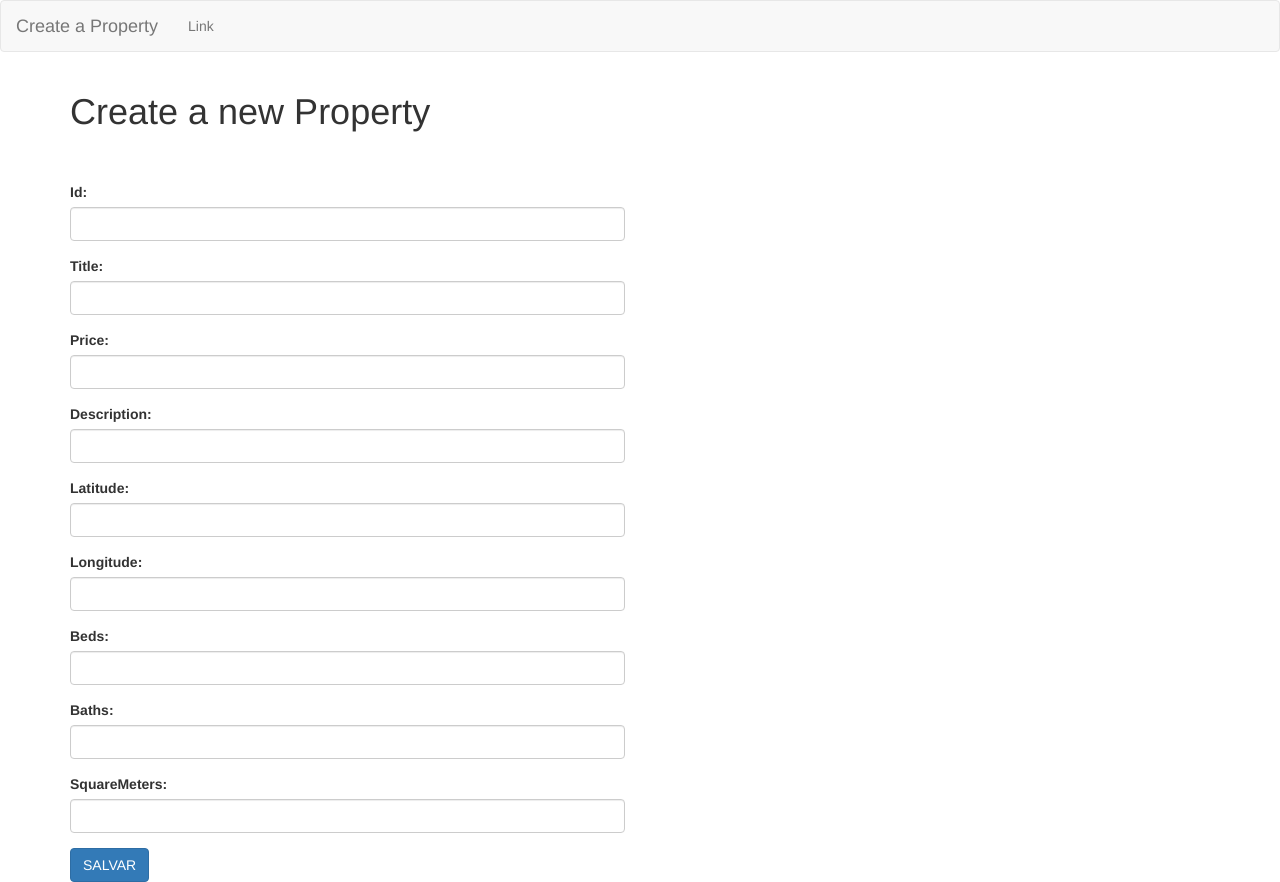
Repository: djoysilva/vivaRealChallenge
Page: http://localhost/vivaReal2.0/createProperty.jsp
An editor plug-in stored every save of this project. The page is shown before and after the next save, followed by the edit.
The browser window is 1280 px wide. The pictures show the whole page.
The page is served by Tomcat 9.

Above is the page before, as saved 2016-11-02 23:19:25.

After the next save:
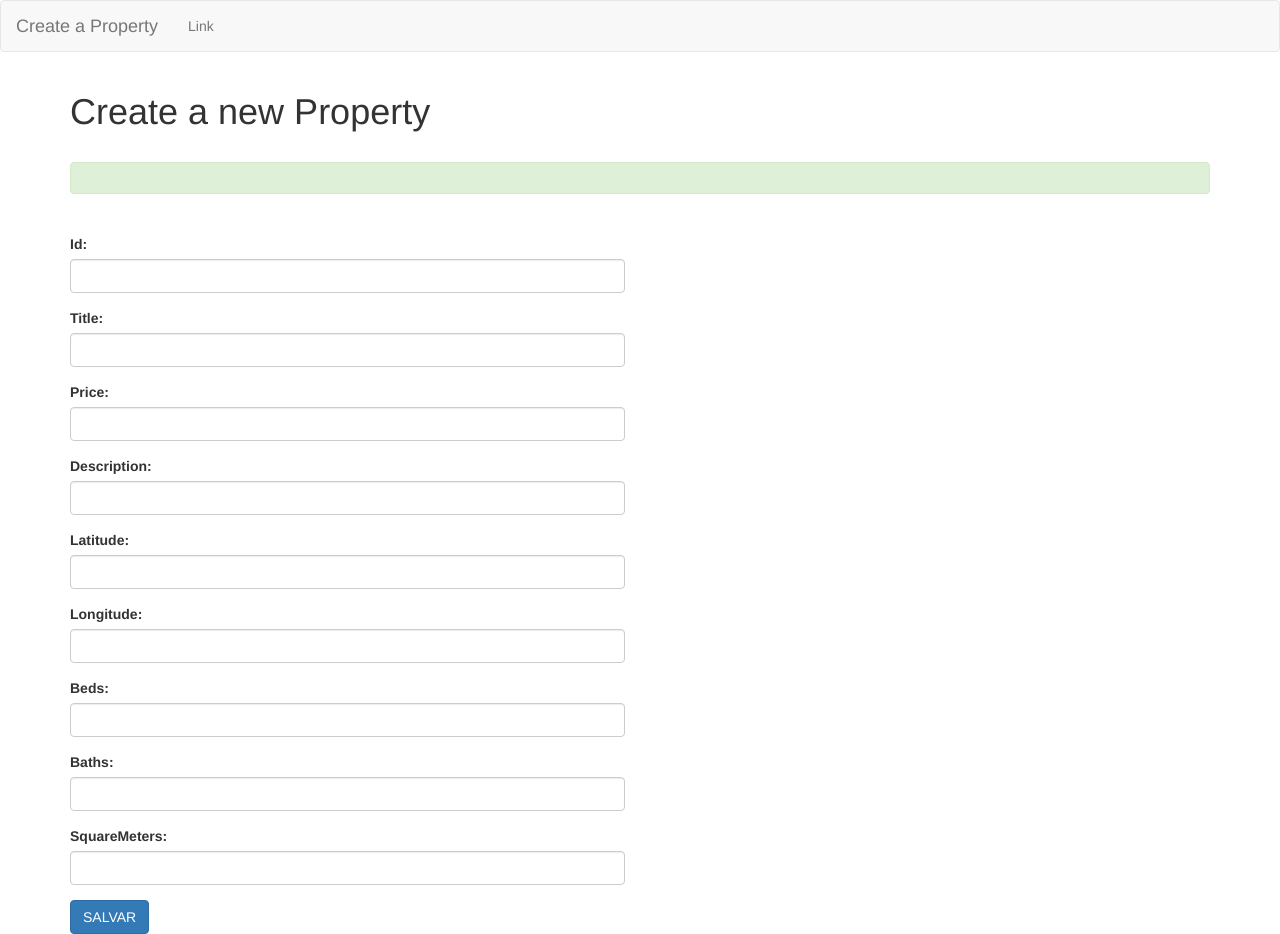
Saved 2 min 21 s later.
--- a/VivaRealWorkSpace/vivaReal2.0/WebContent/createProperty.jsp
+++ b/VivaRealWorkSpace/vivaReal2.0/WebContent/createProperty.jsp
@@ -12,7 +12,9 @@
 	<div class = "container">
 		<h1>Create a new Property</h1>
 		<br>
+		<div class = "alert alert-success">
 		${success}
+		</div>
 		<br>
 		<div class = "row">
 			<div class = "col-md-6">
